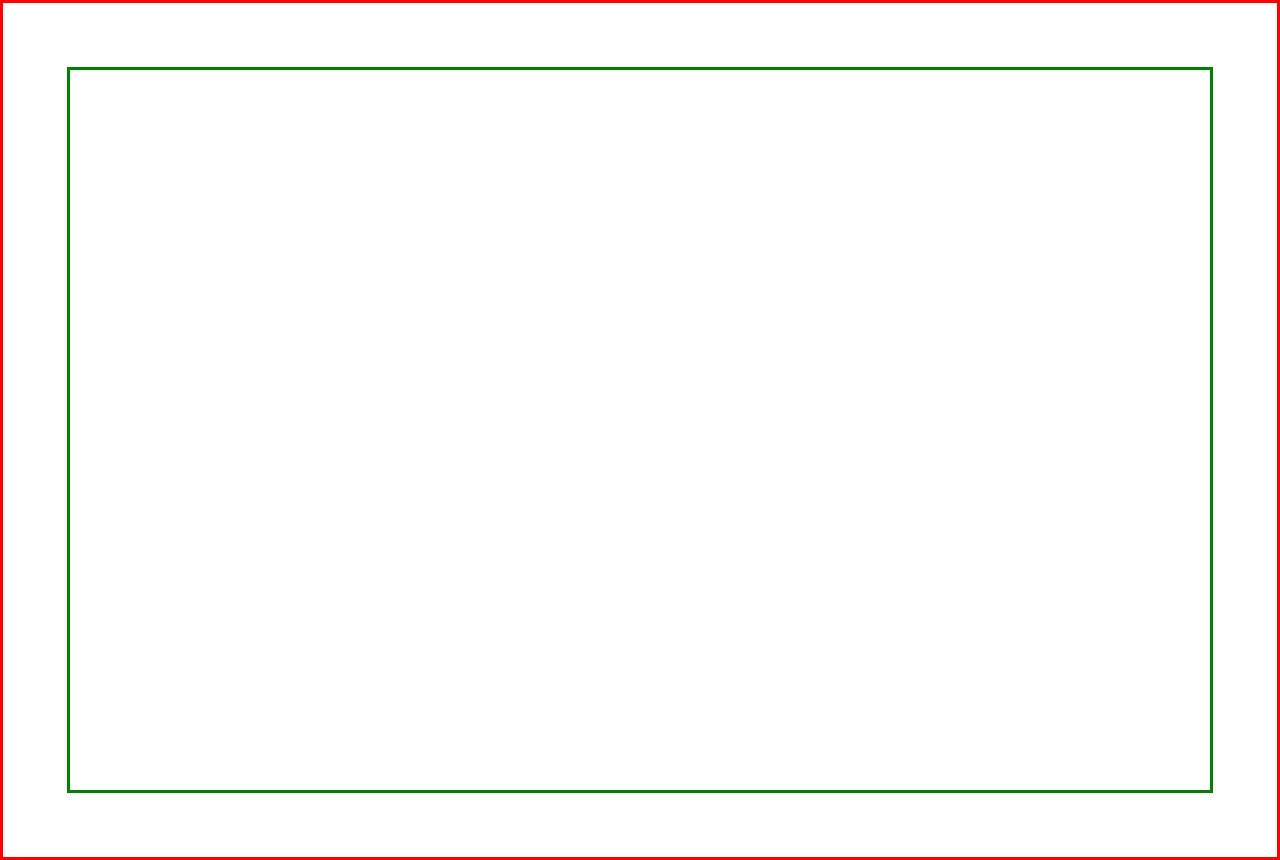
Repository: Achorn/achorn.github.io
Page: /
An editor plug-in stored every save of this project. The page is shown before and after the next save, followed by the edit.
The browser window is 1280 px wide. The pictures show the whole page.
The project was rebuilt for these pictures with package versions that can differ from the ones it lists, and the page was loaded fresh each time.

Above is the page before, as saved 2023-05-08 10:30:25.

After the next save:
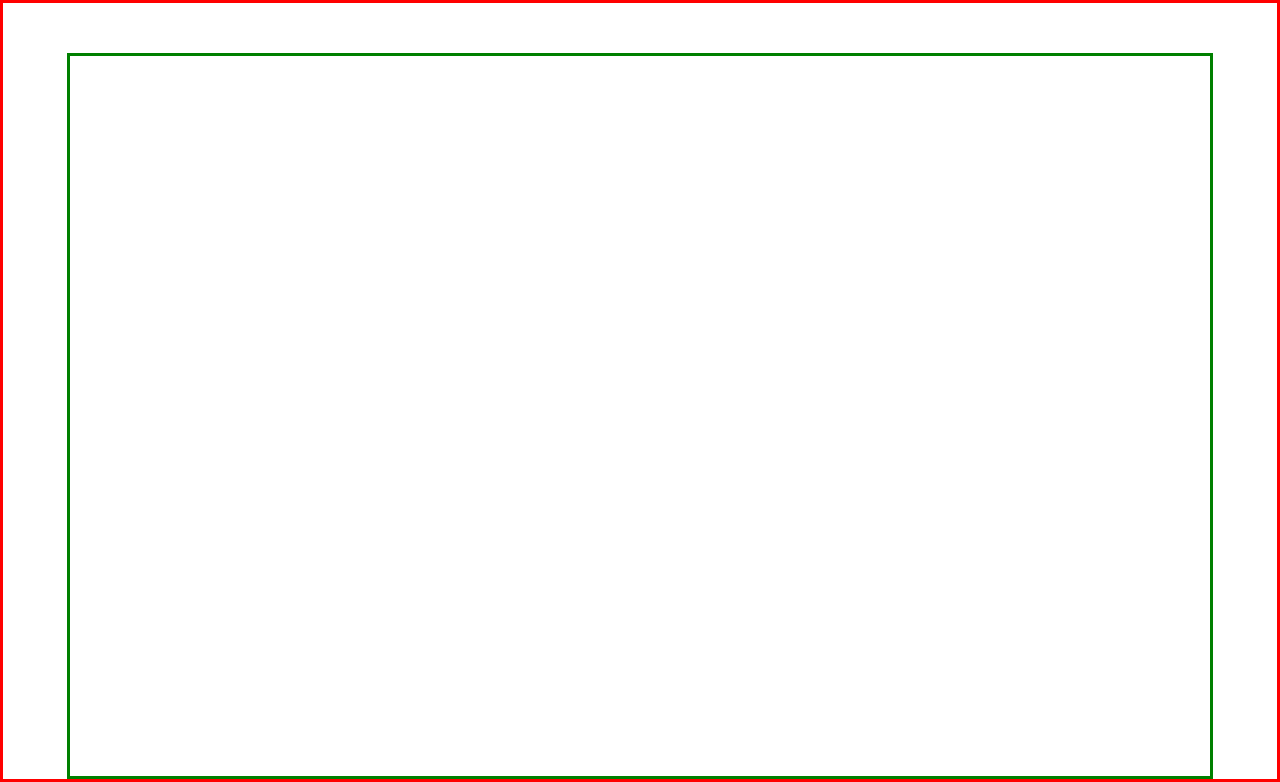
Saved 41 s later.
--- a/src/App.css
+++ b/src/App.css
@@ -2,7 +2,9 @@
   text-align: center;
   border-style: solid;
   border-color: red;
-  padding: 5vw;
+  padding-top: 50px;
+  padding-left: 5vw;
+  padding-right: 5vw;
 }
 
 .App-logo {
